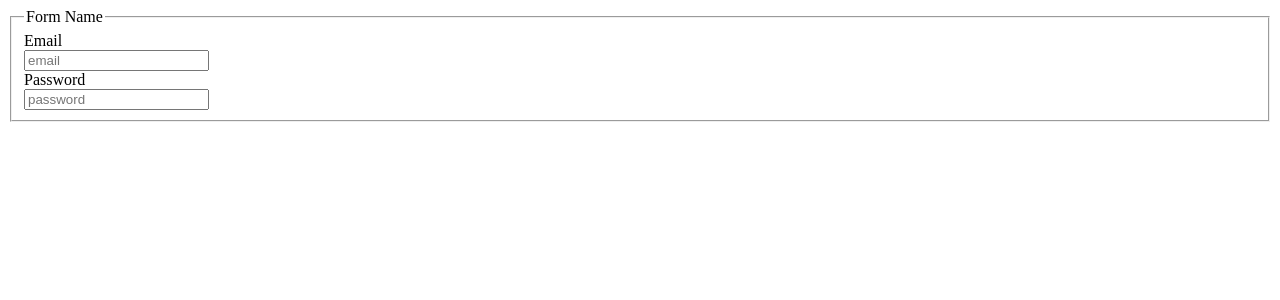
Repository: Geo476/dta-formation
Page: http://localhost/pizzeria-admin-app/login
These files come from the project's save history. The page is drawn as it stood at one moment and after the next save; the edit follows.
The browser window is 1280 px wide. The pictures show the whole page.
The page is served by Tomcat 9. Other server files are loaded and not shown.

Above is the page before, as saved 2016-12-21 11:47:24.

### multi-modules/pizzeria-admin-app/src/main/webapp/WEB-INF/views/sessions/log.jsp
<%@ page language="java" contentType="text/html; charset=ISO-8859-1"
    pageEncoding="ISO-8859-1"%>
<!DOCTYPE html PUBLIC "-//W3C//DTD HTML 4.01 Transitional//EN" "http://www.w3.org/TR/html4/loose.dtd">
<html>
<head>
<meta http-equiv="Content-Type" content="text/html; charset=ISO-8859-1">
<title>LOG_2</title>
</head>
<body>

<form class="form-horizontal">
<fieldset>

<!-- Form Name -->
<legend>Form Name</legend>

<!-- Text input-->
<div class="control-group">
  <label class="control-label" for="Email">Email</label>
  <div class="controls">
    <input id="Email" name="Email" type="text" placeholder="email" class="input-xlarge">

  </div>
</div>

<!-- Password input-->
<div class="control-group">
  <label class="control-label" for="Password">Password</label>
  <div class="controls">
    <input id="Password" name="Password" type="password" placeholder="password" class="input-xlarge">

  </div>
</div>

</fieldset>
</form>



</body>
</html>

### multi-modules/pizzeria-admin-app/src/main/java/fr/pizzeria/admin/web/Logger.java
package fr.pizzeria.admin.web;

import java.io.IOException;

import javax.servlet.RequestDispatcher;
import javax.servlet.ServletException;
import javax.servlet.annotation.WebServlet;
import javax.servlet.http.HttpServlet;
import javax.servlet.http.HttpServletRequest;
import javax.servlet.http.HttpServletResponse;

/**
 * Servlet implementation class Logger
 */
@WebServlet("/Logger")
public class Logger extends HttpServlet {
	private static final long serialVersionUID = 1L;

    /**
     * @see HttpServlet#HttpServlet()
     */
    public Logger() {
        super();
        // TODO Auto-generated constructor stub
    }

	/**
	 * @see HttpServlet#doGet(HttpServletRequest request, HttpServletResponse response)
	 */
	protected void doGet(HttpServletRequest request, HttpServletResponse response) throws ServletException, IOException {
		// TODO Auto-generated method stub

		RequestDispatcher dispatcher = this.getServletContext().getRequestDispatcher("/WEB-INF/views/sessions/log.jsp");
        dispatcher.forward(request, response);

	}

	/**
	 * @see HttpServlet#doPost(HttpServletRequest request, HttpServletResponse response)
	 */
	protected void doPost(HttpServletRequest request, HttpServletResponse response) throws ServletException, IOException {
		// TODO Auto-generated method stub
		doGet(request, response);
	}

}

After the next save:
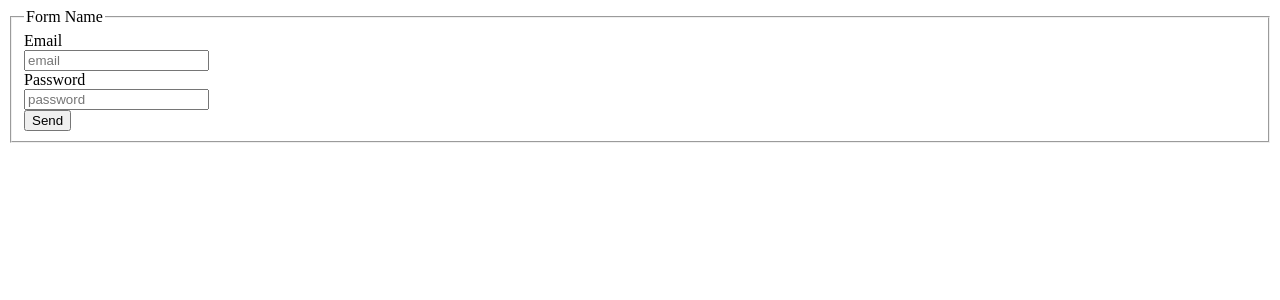
Saved 88 s later.
--- a/multi-modules/pizzeria-admin-app/src/main/webapp/WEB-INF/views/sessions/log.jsp
+++ b/multi-modules/pizzeria-admin-app/src/main/webapp/WEB-INF/views/sessions/log.jsp
@@ -32,6 +32,14 @@
   </div>
 </div>
 
+<!-- Button -->
+<div class="control-group">
+  <label class="control-label" for="Send"></label>
+  <div class="controls">
+    <button id="Send" name="Send" class="btn btn-default">Send</button>
+  </div>
+</div>
+
 </fieldset>
 </form>
 
